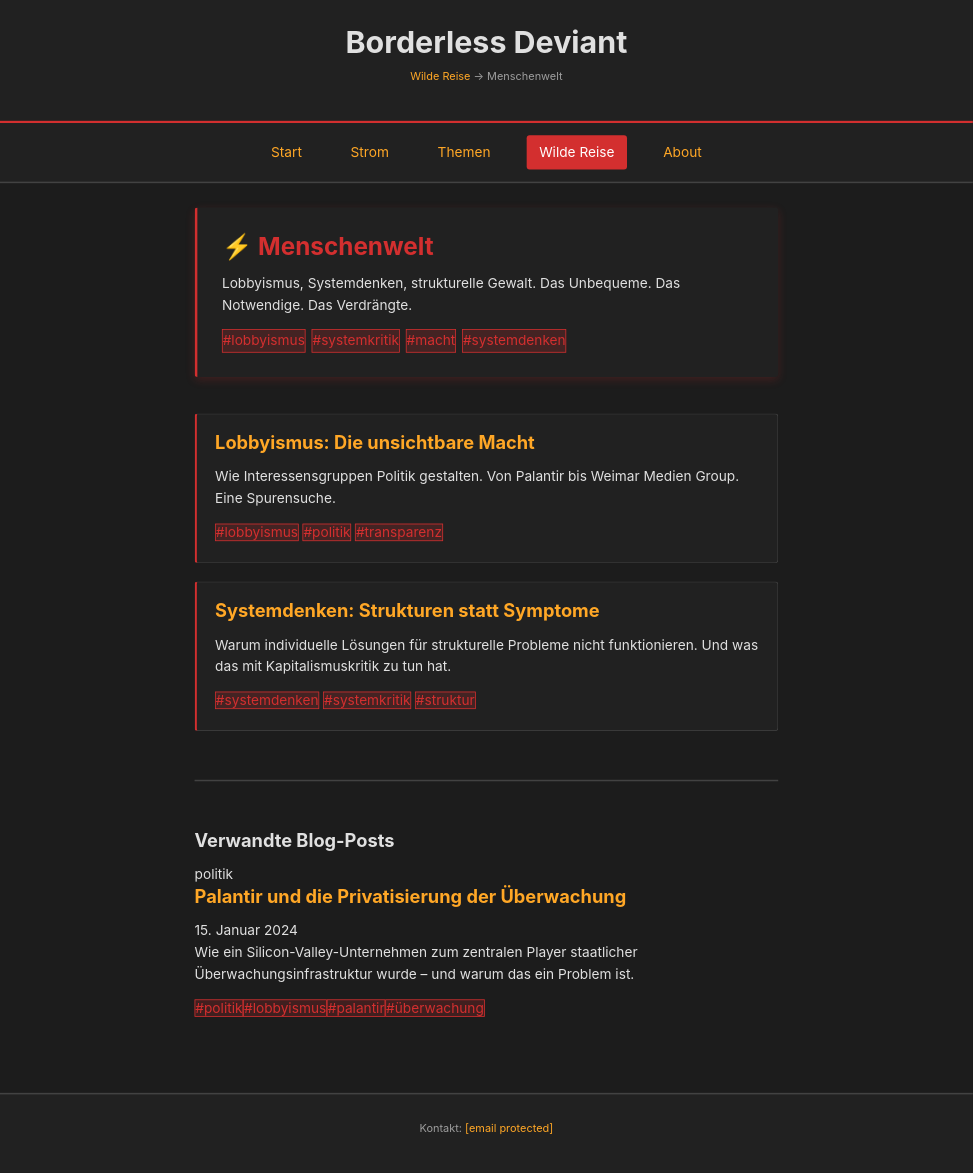
Repository: dev-without-borders/borderless-deviant
Page: bereiche/menschenwelt/index.html
These files come from the project's save history. The page is drawn as it stood at one moment and after the next save; the edit follows.
The browser window is 1280 px wide. The pictures show the whole page, at 76% of full size.

Above is the page before, as saved 2025-11-24 20:13:00.

After the next save:
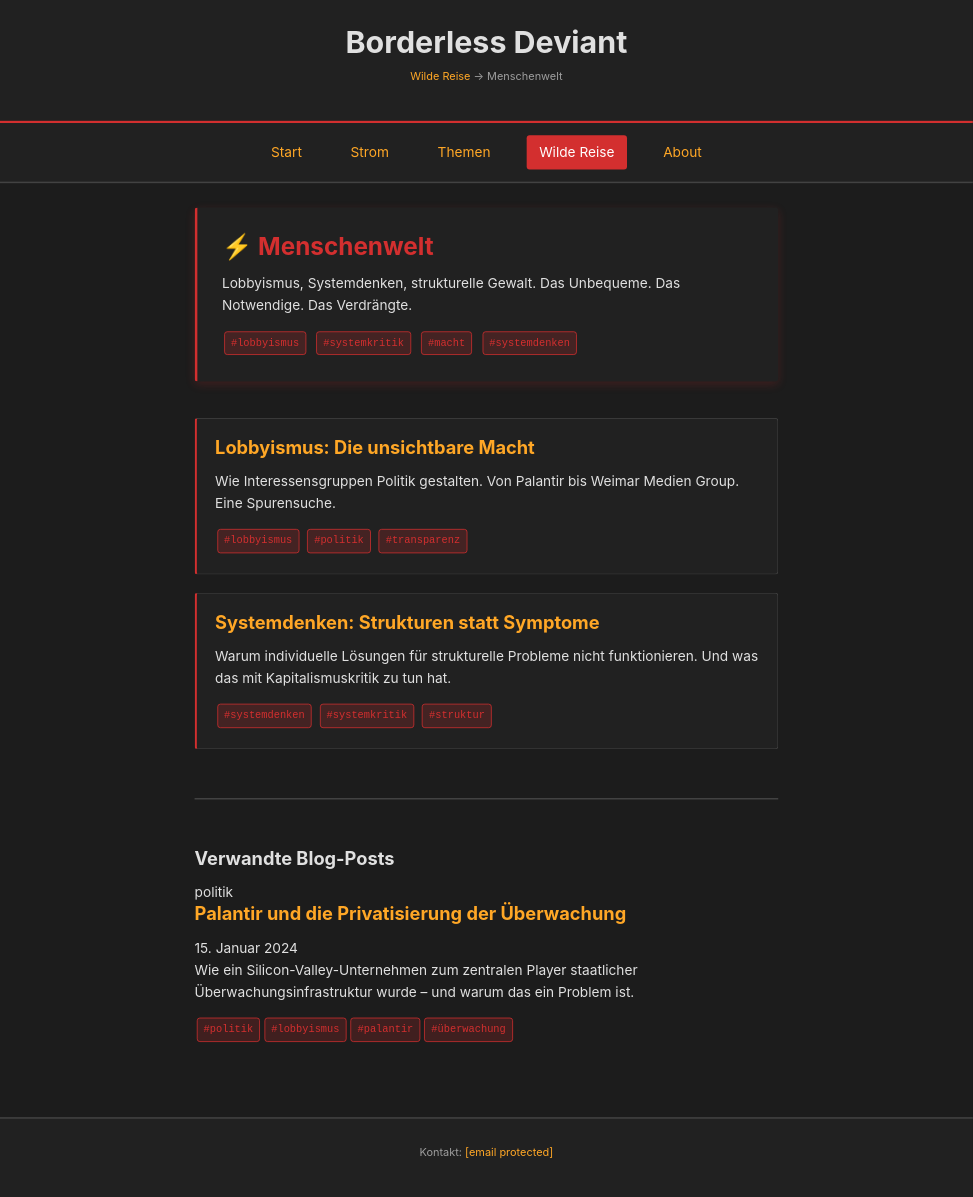
Saved 14 s later.
--- a/css/layout.css
+++ b/css/layout.css
@@ -158,3 +158,50 @@
     color: var(--color-muted);
     font-size: 0.9em;
 }
+
+/* ========================================
+   KLICKBARE TAGS
+   ======================================== */
+
+.tag {
+    display: inline-block;
+    padding: 0.3em 0.6em;
+    margin: 0.2em;
+    background: var(--color-bg-light);
+    color: var(--color-text);
+    border: 1px solid var(--color-border);
+    border-radius: 4px;
+    font-size: 0.85rem;
+    font-family: var(--font-mono);
+    transition: all 0.2s;
+}
+
+.clickable-tag {
+    cursor: pointer !important;
+}
+
+.clickable-tag:hover {
+    background: var(--color-accent);
+    color: white;
+    border-color: var(--color-accent);
+    transform: translateY(-2px);
+}
+
+/* Tag-Cloud auf Themen-Seite */
+.tag-cloud {
+    display: flex;
+    flex-wrap: wrap;
+    gap: 0.5rem;
+    margin-top: var(--space-md);
+}
+
+.tag-cloud-item small {
+    opacity: 0.7;
+    font-size: 0.8em;
+}
+
+.tag-cloud-item[data-count="1"] { font-size: 0.9rem; }
+.tag-cloud-item[data-count="2"] { font-size: 1rem; }
+.tag-cloud-item[data-count="3"] { font-size: 1.1rem; }
+.tag-cloud-item[data-count="4"],
+.tag-cloud-item[data-count="5"] { font-size: 1.2rem; }
